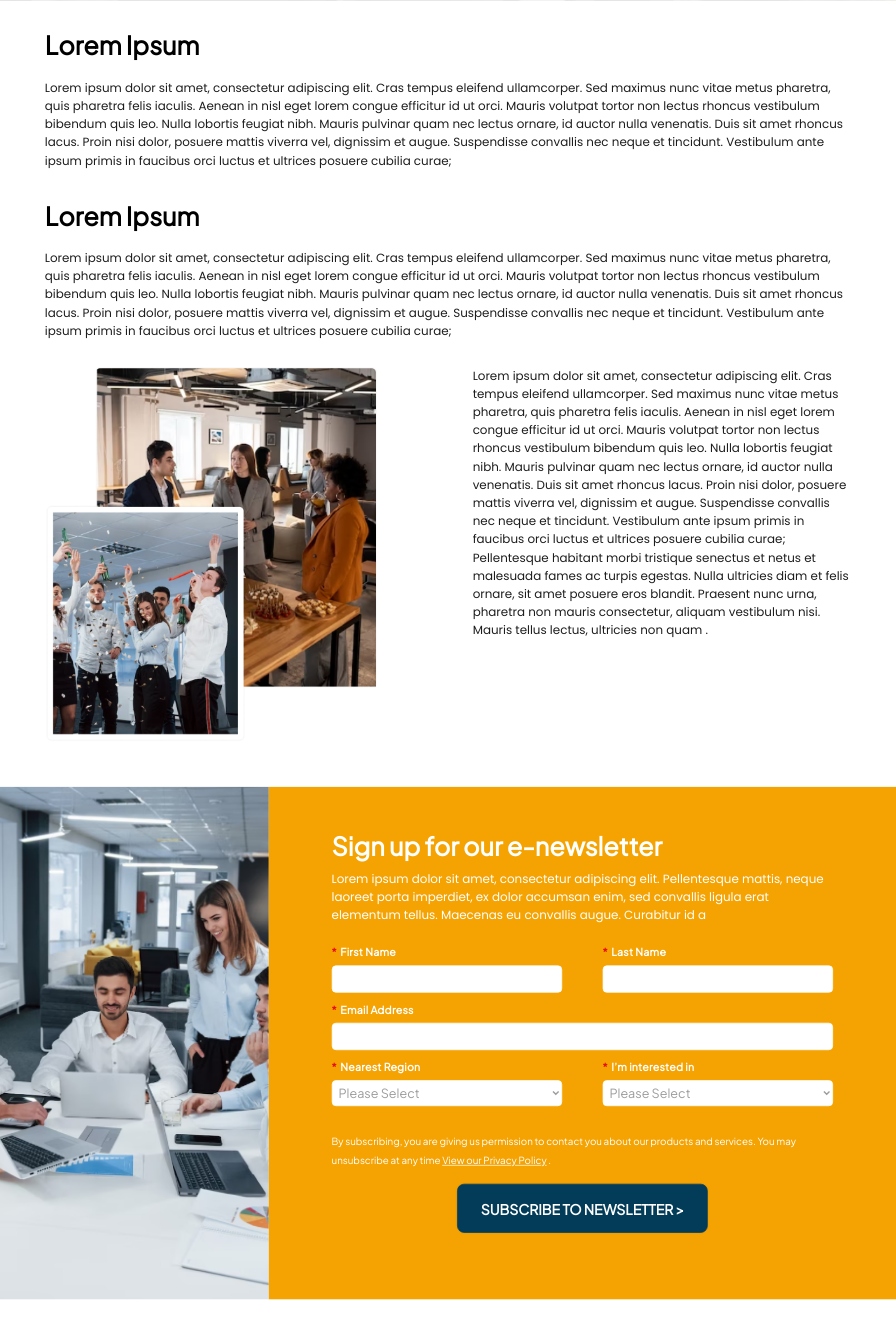
Repository: Akash8377/Hospitality-website
Page: /about-us
The author's editor kept a copy of each file at every save. The page is drawn from the files as they stood at one save, then again after the next save.
The browser window is 1280 px wide. The pictures show the part of the page from y = 683 to 2603 px (the page is 2603 px tall), at 70% of full size.
Some web libraries are served in a nearby version. The project was rebuilt for these pictures with package versions that can differ from the ones it lists, and the page was loaded fresh each time. Also part of the build but not shown: src/Component/Partial/heading-cont.js, src/Component/Shared/about-us.js, src/Component/Shared/Banner.js, src/Component/Shared/popular-jobs.js, src/Component/Sliders/ServiceSlider.js, src/Component/Sliders/ReviewSlider.js, src/Component/Partial/index-banner.js, src/Component/Partial/index-buisness-banner.js and 2 more.

Above is the page before, as saved 2023-07-07 12:19:45.

After the next save:
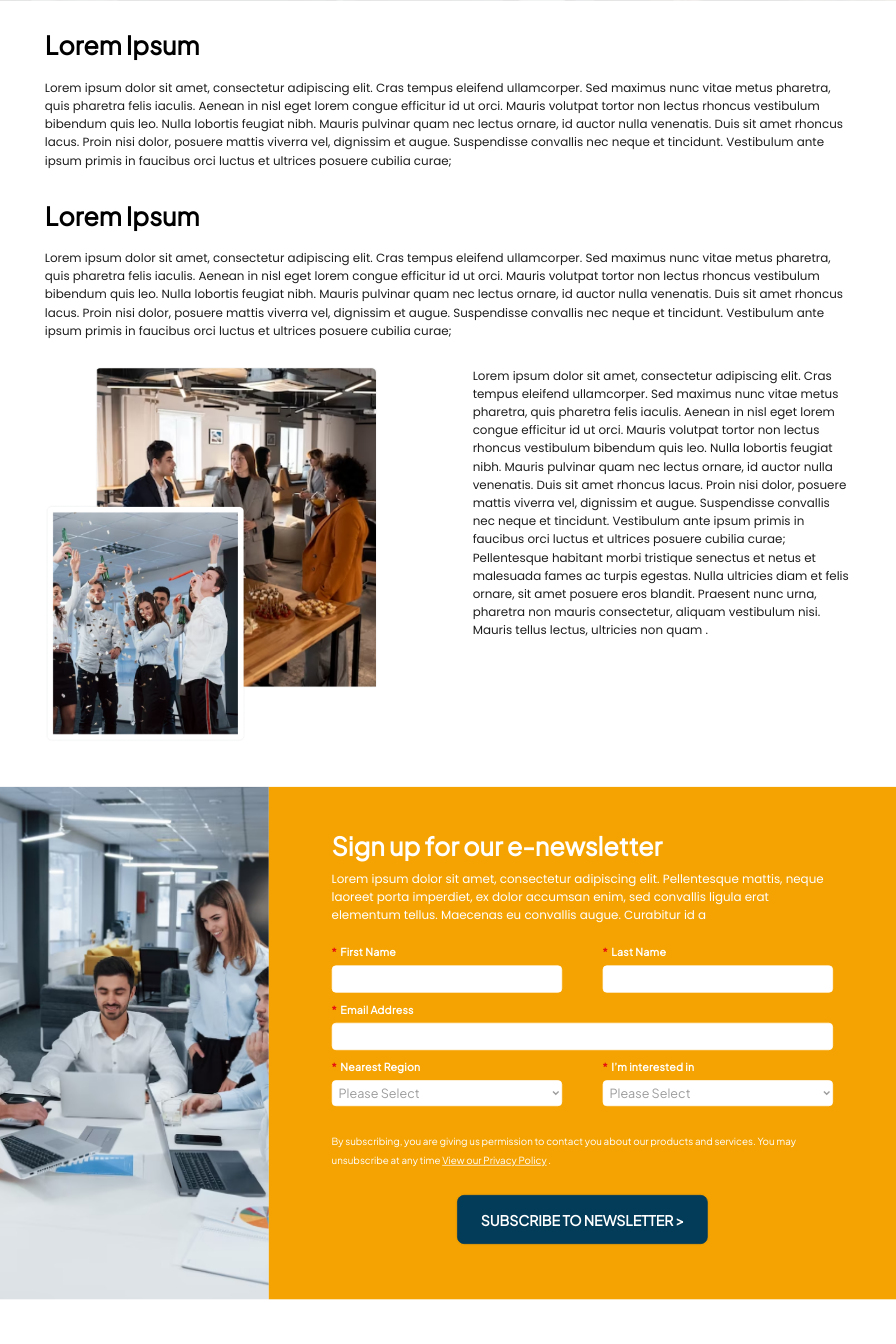
Saved 6 s later.
--- a/src/Css/Lap.css
+++ b/src/Css/Lap.css
@@ -916,5 +916,5 @@
   font-weight: 700;
   line-height: normal;
   height: 70px;
-  margin-top: 20px;
-}
+  margin-top: 5%;
+}
